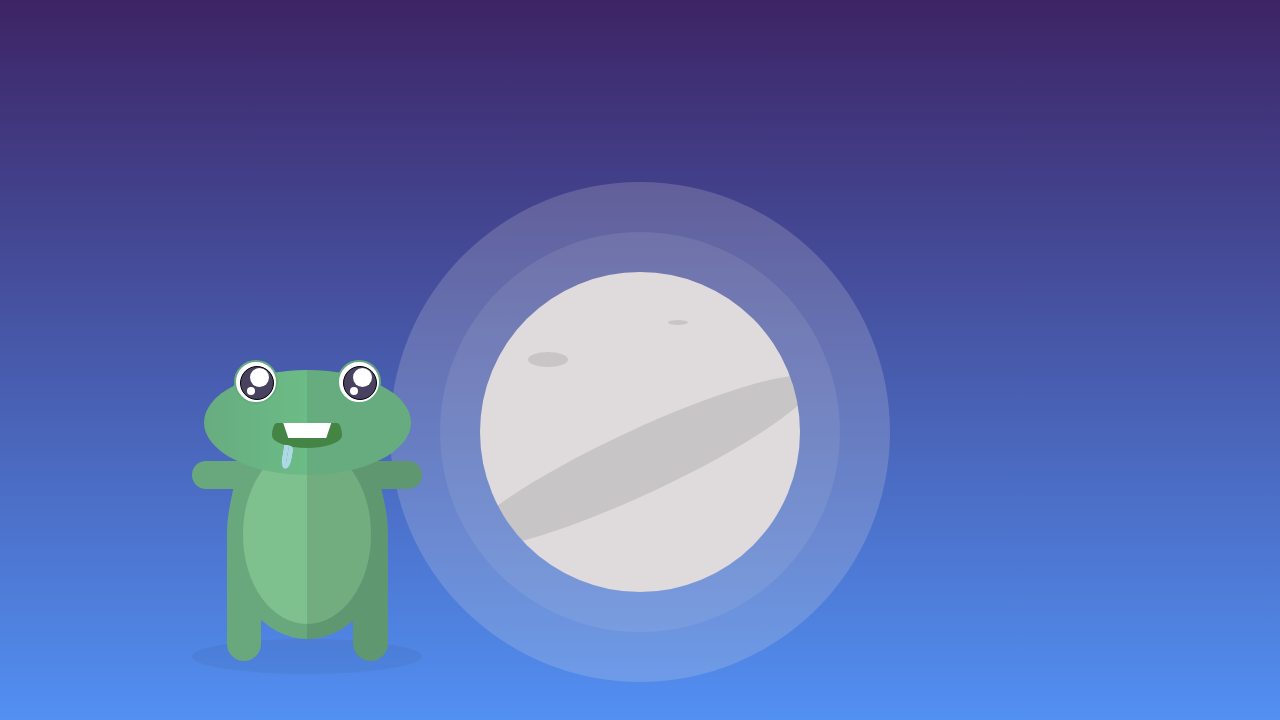
Repository: celinakhalife/cssCharacterDesign
Page: /
An editor plug-in stored every save of this project. The page is shown before and after the next save, followed by the edit.
The browser window is 1280 px wide. The pictures show the whole page.
The project was rebuilt for these pictures with package versions that can differ from the ones it lists, and the page was loaded fresh each time. Also part of the build but not shown: angular.json.

Above is the page before, as saved 2018-10-21 13:30:19.

### src/index.html
<!doctype html>
<html lang="en">
<head>
  <meta charset="utf-8">
  <title>AnimalKingdom</title>
  <base href="/">

  <meta name="viewport" content="width=device-width, initial-scale=1">
  <link rel="icon" type="image/x-icon" href="favicon.ico">
</head>
<body>
  <app-root></app-root>
</body>
</html>

### src/styles.scss
/* You can add global styles to this file, and also import other style files */
body, html{
    width:100%;
    height: 100%;
    padding:0;
    margin:0;
}

### src/app/app.component.ts
import { Component } from '@angular/core';

@Component({
  selector: 'app-root',
  templateUrl: './app.component.html',
  styleUrls: ['./app.component.scss']
})
export class AppComponent {
  title = 'animalKingdom';
}

### src/app/alien/alien.component.ts
import { Component, OnInit } from '@angular/core';

@Component({
  selector: 'app-alien',
  templateUrl: './alien.component.html',
  styleUrls: ['./alien.component.scss']
})
export class AlienComponent implements OnInit {

  constructor() { }

  ngOnInit() {
  }

}

### src/app/app.component.html
<div class="background">
  <div class="planet">
    <div class="circle-2">
      <div class="circle-1">
        <div class="hole hole-1"></div>
        <div class="hole hole-2"></div>
        <div class="strip"></div>
      </div>
    </div>

  </div>

  <div class="land-left"></div>
  <div class="land-right"></div>
</div>

<app-alien></app-alien>

### src/app/app.component.scss
.background {
  background: rgb(61, 36, 101); /* Old browsers */
  background: -moz-linear-gradient(
    top,
    rgba(61, 36, 101, 1) 0%,
    rgba(82, 144, 242, 1) 100%
  ); /* FF3.6-15 */
  background: -webkit-linear-gradient(
    top,
    rgba(61, 36, 101, 1) 0%,
    rgba(82, 144, 242, 1) 100%
  ); /* Chrome10-25,Safari5.1-6 */
  background: linear-gradient(
    to bottom,
    rgba(61, 36, 101, 1) 0%,
    rgba(82, 144, 242, 1) 100%
  ); /* W3C, IE10+, FF16+, Chrome26+, Opera12+, Safari7+ */
  filter: progid:DXImageTransform.Microsoft.gradient( startColorstr='#3d2465', endColorstr='#5290f2',GradientType=0 ); /* IE6-9 */
  width: 100%;
  height: 100%;
  overflow: hidden;
  position: relative;

  .planet {
    width: 80vw;
    height: 80vw;
    max-width: 500px;
    max-height: 500px;
    background-color: rgba(223, 219, 220, 0.2);
    border-radius: 50%;
    position: absolute;
    top: 60%;
    left: 50%;
    transform: translate(-50%, -50%);

    .circle-2,
    .circle-1 {
      width: 80%;
      height: 80%;
      border-radius: 50%;
      margin-top: 10%;
      margin-left: 10%;
      display: inline-block;
      position: relative;
      overflow: hidden;
    }

    .circle-2 {
      background-color: rgba(223, 219, 220, 0.1);
      .circle-1 {
        background-color: rgb(223, 219, 220);
        .hole {
          background-color: rgba(0, 0, 0, 0.1);
          border-radius: 50%;
          position: absolute;

          &.hole-1 {
            width: 40px;
            height: 15px;
            top: 25%;
            left: 15%;
          }
          &.hole-2 {
            width: 20px;
            height: 5px;
            top: 15%;
            right: 35%;
          }
        }
        .strip {
          background-color: rgba(0, 0, 0, 0.1);
          position: absolute;
          width: 20%;
          height: 120%;
          left: 100%;
          top: 25%;
          transform: rotate(65deg);
          transform-origin: 0 0;
          border-radius: 50%;
        }
      }
    }
  }

  .land {
    width: 50%;
    position: absolute;
    bottom: 0;
    height: 30%;
    border-width: 40px 20px 30px 10px;
    border-style: solid;
    border-radius: 0 90% 0% 0%;
    border-top: 15px solid transparent;
    background-color: #3f4dae;
    border-color: #3f4dae;
  }
}

### src/app/alien/alien.component.html
<div class="monster">
  <div class="head roundShape">
    <div class="eyes roundShape left">
      <div class="eyeball roundShape">
        <div class="cirleBig roundShape"></div>
        <div class="cirleSmall roundShape"></div>
      </div>
    </div>
    <div class="eyes roundShape right">
      <div class="eyeball roundShape">
        <div class="cirleBig roundShape"></div>
        <div class="cirleSmall roundShape"></div>
      </div>
    </div>
    <div class="mouth">
      <div class="teeth"></div>
      <div class="drool"></div>
    </div>
  </div>
  <div class="body">
    <div class="belly roundShape"></div>
    <div class="darkOverlay"></div>
  </div>
  <div class="hand right"></div>
  <div class="hand left"></div>

  <div class="feet right"></div>
  <div class="feet left"></div>

  <div class="shadow"></div>
</div>

### src/app/alien/alien.component.scss
.roundShape {
  border-radius: 50%;
}

.monster {
  position: absolute;
  left: 15%;
  bottom: 0;
  width: 230px;
  height: 350px;

  .head {
    /* Permalink - use to edit and share this gradient: http://colorzilla.com/gradient-editor/#67ac7f+0,6cbc87+50,67ac7f+50,67ac7f+100 */
    background: rgb(103, 172, 127); /* Old browsers */
    background: -moz-linear-gradient(
      left,
      rgba(103, 172, 127, 1) 0%,
      rgba(108, 188, 135, 1) 50%,
      rgba(103, 172, 127, 1) 50%,
      rgba(103, 172, 127, 1) 100%
    ); /* FF3.6-15 */
    background: -webkit-linear-gradient(
      left,
      rgba(103, 172, 127, 1) 0%,
      rgba(108, 188, 135, 1) 50%,
      rgba(103, 172, 127, 1) 50%,
      rgba(103, 172, 127, 1) 100%
    ); /* Chrome10-25,Safari5.1-6 */
    background: linear-gradient(
      to right,
      rgba(103, 172, 127, 1) 0%,
      rgba(108, 188, 135, 1) 50%,
      rgba(103, 172, 127, 1) 50%,
      rgba(103, 172, 127, 1) 100%
    ); /* W3C, IE10+, FF16+, Chrome26+, Opera12+, Safari7+ */
    filter: progid:DXImageTransform.Microsoft.gradient( startColorstr='#67ac7f', endColorstr='#67ac7f',GradientType=1 ); /* IE6-9 */
    width: 90%;
    margin-left: 5%;
    height: 30%;
    z-index: 2;
    position: relative;
    > .darkOverlay {
      border-radius: 50% / 0 50% 50% 0;
    }
    .eyes {
      position: absolute;
      background: white;
      border: 2px solid #66ab7f;
      top: -10px;
      top: -10%;
      width: 40px;
      height: 40px;

      &.left {
        left: 30px;
      }
      &.right {
        right: 30px;
      }

      .eyeball {
        width: 80%;
        height: 80%;
        background: #484160;
        border: 1px solid black;
        position: absolute;
        top: 10%;
        left: 5%;
        animation: eyesAnimation ease infinite 4s; /* IE 10+, Fx 29+ */

        .cirleBig,
        .cirleSmall {
          background: white;
        }
        .cirleBig {
          width: 60%;
          height: 60%;
          margin: 5% 0% 0% 10%;
          animation: eyesCircleBigAnimation ease infinite 4s; /* IE 10+, Fx 29+ */
        }
        .cirleSmall {
          width: 25%;
          height: 25%;
          margin: 0 0% 0 45%;
          animation: eyesCircleSmallAnimation ease infinite 4s; /* IE 10+, Fx 29+ */
        }
      }
    }
    .mouth {
      width: 50px;
      height: 5px;
      border-width: 10px;
      border-color: #448444;
      background: #448444;
      border-radius: 5px 5px 50% 50% / 50% 50% 50% 50%;
      border-style: solid;
      position: absolute;
      top: 50%;
      left: 50%;
      transform: translateX(-50%);
      animation: mouthAnimation ease infinite 10s;

      .teeth {
        width: 75%;
        height: 0;
        border-left: 5px solid transparent;
        border-right: 5px solid transparent;
        border-bottom: 1px solid transparent;
        border-top: 15px solid white;
        border-style: solid;
        position: relative;
        top: -10px;
        left: 50%;
        transform: translateX(-50%);
        animation: teethAnimation ease infinite 10s;
      }

      .drool {
        border-color: lightblue;
        border-style: solid;
        width: 0;
        height: 0;
        border-width: 0px 5px 6px 5px;
        position: absolute;
        top: 12px;
        transform: rotate(10deg);
        border-radius: 0% 50% 50% 50% / 20% 20% 50% 50%;
        animation: droolingAnimation ease infinite 10s;
      }
    }
  }
  .body {
    height: 60%;
    margin-top: -20%;
    background: #69a87d;
    width: 70%;
    margin-left: 15%;
    overflow: hidden;
    z-index: 1;
    position: relative;
    border-radius: 50%;

    .darkOverlay {
      background: rgba(0, 0, 0, 0.1);
      width: 50%;
      height: 100%;
      position: absolute;
      left: 50%;
      top: 0;
    }
    .belly {
      width: 80%;
      height: 85%;
      margin: 10% 0 0 10%;
      background: #7fc08f;
      display: inline-block;
    }
  }
  .hand {
    width: 50%;
    background: #69a87d;
    height: 8%;
    border-radius: 20px;
    position: absolute;
    top: 26%;
    z-index: 0;
    &.left {
      left: 0;
    }
    &.right {
      background: #5e9770;
      right: 0;
      animation: helloAnimation ease 0.3s 5; /* IE 10+, Fx 29+ */
    }
  }
  .feet {
    width: 15%;
    background: #69a87d;
    height: 53%;
    position: absolute;
    top: 30%;
    z-index: 0;
    &.left {
      left: 15%;
      border-radius: 50% 50% 20px 20px;
    }
    &.right {
      background: #5e9770;
      right: 15%;
      border-radius: 50% 50% 20px 20px;
    }
  }
  .shadow {
    background: rgba(0, 0, 0, 0.05);
    width: 100%;
    height: 10%;
    border-radius: 50%;
    z-index: 0;
  }
}

@-webkit-keyframes eyesAnimation {
  0% {
    top: 10%;
    left: 5%;
  }
  25% {
    top: 10%;
    left: 10%;
  }
  50% {
    top: 10%;
    left: 5%;
  }
}

@-webkit-keyframes eyesCircleBigAnimation {
  0% {
    margin: 5% 0% 0% 10%;
  }
  25% {
    margin: 5% 0% 0% 30%;
  }
  50% {
    margin: 5% 0% 0% 10%;
  }
}
@-webkit-keyframes eyesCircleSmallAnimation {
  0% {
    margin: 0% 0% 0% 45%;
  }
  25% {
    margin: 0% 0% 0% 20%;
  }
  50% {
    margin: 0% 0% 0% 45%;
  }
}

@-webkit-keyframes droolingAnimation {
  75% {
    height: 20px;
    top: 12px;
  }
  80% {
    height: 0px;
    top: 8px;
  }
  85% {
    top: 12px;
  }
}

@-webkit-keyframes mouthAnimation {
  75% {
    height: 5px;
    border-left-width: 10px;
    border-right-width: 10px;
  }
  80% {
    height: 0;
    border-left-width: 5px;
    border-right-width: 5px;
  }
  85% {
    height: 5px;
    border-left-width: 10px;
    border-right-width: 10px;
  }
}

@-webkit-keyframes teethAnimation {
  75% {
    width: 75%;
  }
  80% {
    width: 70%;
  }
  85% {
    width: 75%;
  }
}

@-webkit-keyframes helloAnimation {
  10% {
    transform: rotate(0deg);
  }
  50% {
    transform: rotate(-15deg);
  }
  100% {
    transform: rotate(0deg);
  }
}

Loaded but not shown: src/main.ts (common file); src/app/app.module.ts (common file); src/environments/environment.ts (common file)

After the next save:
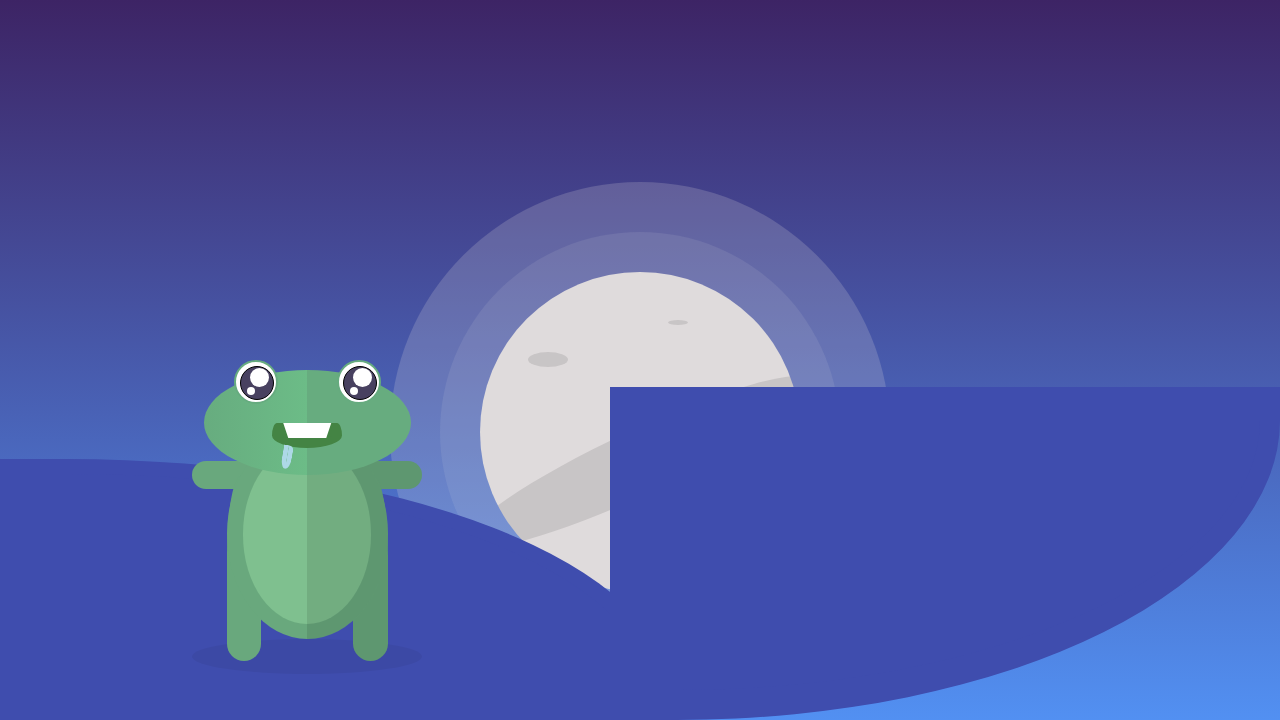
Saved 24 s later.
--- a/src/app/app.component.scss
+++ b/src/app/app.component.scss
@@ -82,7 +82,7 @@
     }
   }
 
-  .land {
+  .land-left {
     width: 50%;
     position: absolute;
     bottom: 0;
@@ -94,4 +94,18 @@
     background-color: #3f4dae;
     border-color: #3f4dae;
   }
+
+  .land-right {
+    width: 50%;
+    position: absolute;
+    bottom: 0;
+    right: 0;
+    height: 40%;
+    border-width: 40px 20px 30px 10px;
+    border-style: solid;
+    border-radius: 0 0 90% 0%;
+    border-top: 15px solid transparent;
+    background-color: #3f4dae;
+    border-color: #3f4dae;
+  }
 }
